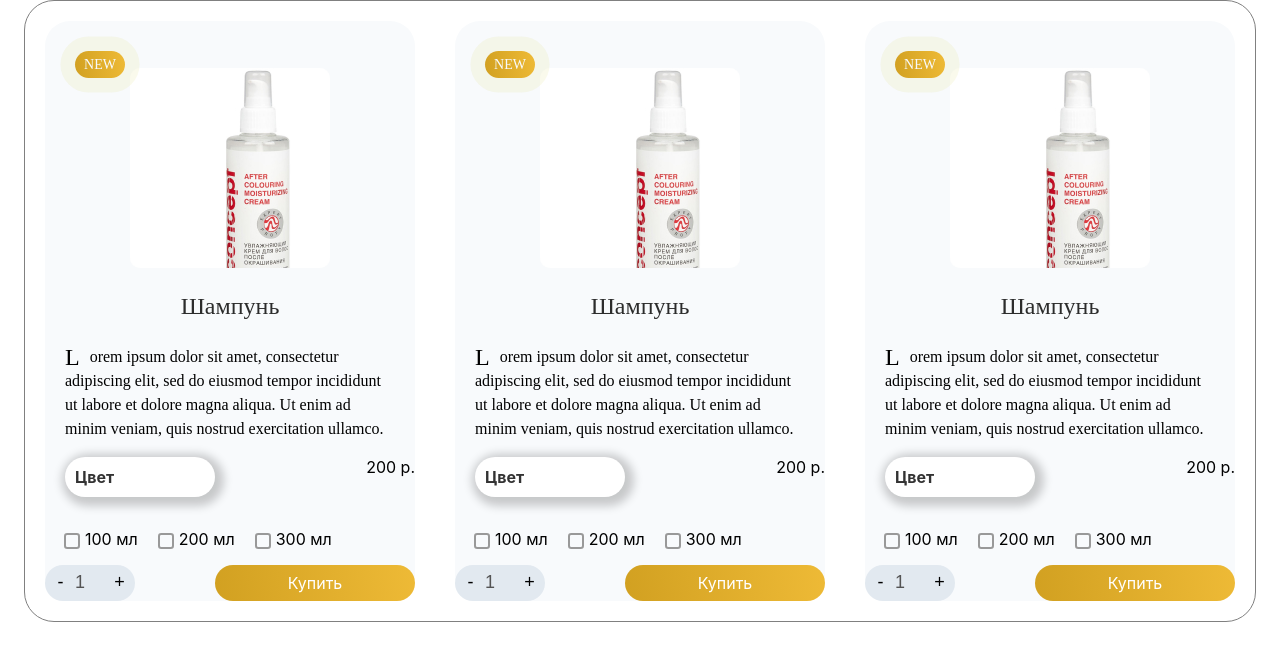
Repository: MiroslavWise/shamptu
Page: /
These files come from the project's save history. The page is drawn as it stood at one moment and after the next save; the edit follows.
The browser window is 1280 px wide. The pictures show the whole page.
The project was rebuilt for these pictures with package versions that can differ from the ones it lists, and the page was loaded fresh each time. Also part of the build but not shown: src/App.css.

Above is the page before, as saved 2022-02-17 17:30:25.

### public/index.html
<!DOCTYPE html>
<html lang="en">
  <head>
    <meta charset="utf-8" />
    <meta name="viewport" content="width=device-width, initial-scale=1" />
    <meta name="theme-color" content="#000000" />
    <meta
      name="description"
      content="Web site created using create-react-app"
    />
    <link rel="manifest" href="%PUBLIC_URL%/manifest.json" />

    <title>React App</title>
  </head>
  <body>
    <noscript>You need to enable JavaScript to run this app.</noscript>
    <div id="root"></div>
  </body>
</html>

### src/index.css
body {
  margin: 0;
  font-family: -apple-system, BlinkMacSystemFont, 'Segoe UI', 'Roboto', 'Oxygen',
    'Ubuntu', 'Cantarell', 'Fira Sans', 'Droid Sans', 'Helvetica Neue',
    sans-serif;
  -webkit-font-smoothing: antialiased;
  -moz-osx-font-smoothing: grayscale;
  display: flex;
  align-items: center;
  justify-content: center;
}

code {
  font-family: source-code-pro, Menlo, Monaco, Consolas, 'Courier New',
    monospace;
}

### src/App.js

import 'App.css';
import Items from 'components/Items';

function App() {
  return (
   <Items />
  );
}

export default App;

### src/components/Items.jsx
import jpg from 'picture/1.jpg'

import './style.css'
import SpamItem from './items/SpamItem'
const Items = () => {
    return (
        <div className="big__container">
            <SpamItem image={jpg}/>
            <SpamItem image={jpg}/>
            <SpamItem image={jpg}/>
        </div>
    )
}

export default Items

### src/components/style.css
.big__container {
    display: grid;
    grid-template-columns: repeat(3, 1fr);
    background: #FFFFFF;
    border-radius: 30px;
    border: 1px gray solid;
}

### src/components/items/SpamItem.jsx

import { useState, useEffect } from 'react'
import './style.css'
import DropDown from './DropDown'


const ShamItem = ({image}) => {
    const [selected, setSelected] = useState('Цвет')

    const [prise, setPrise] = useState(200)
    const [total, setTotal] = useState(1)
    const [volume, setVolume] = useState(100)

    useEffect(()=>{
        setPrise((volume*2)*total)
    }, [volume, total])
    console.log(prise)
    console.log(volume)
    return (
        <div className="container">
            <div className='container-flex'>
            <div className='new'>NEW</div>
            <div className='image-line'>
                <div className='image'>
                    <img src={image} alt='qwer'/>
                </div>
            </div>
            </div>
            <p className='text'>Шампунь</p>
            <p className='text_about'>Lorem ipsum dolor sit amet, consectetur adipiscing elit, sed do eiusmod tempor incididunt ut labore et dolore magna aliqua. Ut enim ad minim veniam, quis nostrud exercitation ullamco.</p>
            <div className='block-info'>
                <div className='col-pri'>
                    <DropDown selected={selected} setSelected={setSelected} />
                    <div className='prise'>{prise} р.</div>
                </div>
                <div className='volume'></div>
                <form>
                        <fieldset>
                                <input className='radio' type="radio" id="contactChoice1"
                                    name="contact" value={volume} onClick={()=> setVolume(100)}/>
                                <label for="contactChoice1">100 мл</label>
                                <input className='radio' type="radio" id="contactChoice2"
                                    name="contact" value={200} onClick={()=> setVolume(200)}/>
                                <label for="contactChoice2">200 мл</label>
                                <input className='radio' type="radio" id="contactChoice3"
                                    name="contact" value={300} onClick={()=> setVolume(300)}/>
                                <label for="contactChoice3">300 мл</label>
                        </fieldset>
                </form>
                <div className='footer'>
                    <div className='quantity'>
                    <div class="input-group quantity_goods">
                        <input type="button" value="-" id="button_minus" onClick={()=>{
                             if(total>1){
                             setTotal(total-1)}
                             }}/>
                        <input type="number" min={1} max={1000} id="num_count" name="quantity" value={total} title="Qty" disabled/>
                        <input type="button" value="+" id="button_plus" onClick={()=> setTotal(total+1)}/>
                    </div>
                    </div>
                    <div className='button'><button className='button-pay' onClick={()=>alert(
`Спасибо за покупку!
С вас ${prise} рублей!`)}>Купить</button></div>
                </div>
            </div>
        </div>

    )
}

export default ShamItem

### src/components/items/style.css

input::-webkit-outer-spin-button,
input::-webkit-inner-spin-button {
    /* display: none; <- Crashes Chrome on hover */
    -webkit-appearance: none;
    margin: 0; /* <-- Apparently some margin are still there even though it's hidden */
}

.new{
    position:relative;
    left: 30px;
    top: 30px;
    background: linear-gradient(261.65deg, #EFBB37 -3.95%, #CF9E1F 109.44%);
    box-shadow: 0px 0px 15px rgba(0, 0, 0, 0.1);
    border-radius: 30px;
    width: 40px;
    padding: 5px;
    color: #F8FAFC;
    font-family: 'SF UI';
    font-style: normal;
    font-weight: 500;
    font-size: 14px;
    line-height: 17px;
    text-align: center;
    animation: pulse 1000ms infinite;
    z-index: 999;
}

@keyframes pulse {
    0%{
        box-shadow: #c3c52b 0 0 0 0;
    }
    75%{
        box-shadow: #ff69b400 0 0 0 16px
    }
}

.container{
    width: 370px;
    margin: 20px;
    background: #F8FAFC;
    border-radius: 25px;
}

.image-line {
    width: 200px;
    height: 200px;
    background-color: rgba(255, 255, 255, 0.775);
    margin: 20px auto;
    border-radius: 10px;
    overflow: hidden;
}

.image {
    height: auto;
    width: auto;
    position: relative;
    transition: all .4s ease-in-out;
    object-fit: cover;
}

.image:hover {
    cursor: pointer;
    transform: scale(1.4)
}

.text{
    font-family: 'SF UI Display';
    font-size: 24px;
    font-style: normal;
    font-weight: 500;
    line-height: 29px;
    letter-spacing: 0em;
    text-align: center;
    color: #2C2C2C;
}

.text_about {
    font-family: 'SF UI Display';
    font-size: 16px;
    font-style: normal;
    font-weight: 400;
    line-height: 24px;
    letter-spacing: 0em;
    text-align: left;
    padding: 0 20px 0 20px;
}
.text_about::first-letter{
    font-size: 1.5rem;
    float: left;
    margin-right: 10px;
}

.block-info{
    display: flex;
    flex-direction: column;
}

.col-pri{
    display: flex;
}

input {
    width: 25px;

}

.quantity{
    background: #E2E9F0;
    border-radius: 30px;
    width: 90px;
}

.footer{
    display: flex;
    flex-direction: row;
    justify-content: space-between;
}

.col-pri{
    display: flex;
    flex-direction: row;
    justify-content: space-between;
}
.col-pri:first-child{
    margin-left: 20px;
}
.col-pri:last-child{
    margin-right: 50px;
}


.button-pay {
    z-index: 1;
    position: relative;
    font-size: inherit;
    font-family: inherit;
    color: white;
    padding: 0.5em 1em;
    outline: none;
    border: none;
    background: linear-gradient(261.65deg, #EFBB37 -3.95%, #CF9E1F 109.44%);
    overflow: hidden;
    transition: color 0.4s ease-in-out;
    width: 200px;
    border-radius: 100px;
  }

  .button-pay::before {
    content: '';
    z-index: -1;
    position: absolute;
    top: 50%;
    left: 50%;
    width: 1em;
    height: 1em;
    border-radius: 50%;
    background-color: #ffe23c;
    transform-origin: center;
    transform: translate3d(-50%, -50%, 0) scale3d(0, 0, 0);
    transition: transform 0.45s ease-in-out;
  }

  .button-pay:hover {
    cursor: pointer;
    color: #161616;
  }

  .button-pay:hover::before {
    transform: translate3d(-50%, -50%, 0) scale3d(15, 15, 15);
  }

.dropdown{
    width: 150px;
    margin: 0 0;
    position: relative;
    cursor: pointer;
    user-select: none;
    transition: all 1s;
}

.dropdown-btn{
    padding: 10px;
    background: #fff;
    box-shadow: 3px 3px 10px 6px rgba(0, 0, 0, 0.2);
    border-radius: 50px;
    font-weight: bold;
    color: #333;
    display: flex;
    align-items: center;
    justify-content: space-between;
    margin-bottom: 20px;
    cursor: pointer;
    transition: 1s;
}

.dropdown-content{
    position: absolute;
    top: 40%;
    width: 80%;
    padding: 10px;
    background-color: rgba(255, 255, 255, 0);
    font-weight: 500;
    color: #333;
    left: 0;
    cursor: pointer;
    transition: 1s;
}

.dropdown-item{
    padding: 5px;
    transition: all 0.2s;
    border-radius: 50px;
    transition: 1s;
}
.dropdown-item:hover{
    background-color: #cacacaad;
    transition: 1s;
}

.volume:first-of-type{
    display: flex;
    align-items: flex-start;
    margin-bottom: 5px;
}

label {
    margin-right: 15px;
    line-height: 32px;
  }

  .radio {
    -webkit-appearance: none;
    -moz-appearance: none;
    appearance: none;

    border-radius: 20%;
    width: 16px;
    height: 16px;

    border: 2px solid #999;
    transition: 0.2s all linear;
    outline: none;
    margin-right: 5px;

    position: relative;
    top: 4px;
  }

  .radio:checked {
    border: 6px solid rgb(211, 129, 7);
  }

  button,
  legend {
    color: white;
    background-color: rgb(186, 13, 13);
    padding: 5px 10px;
    border-radius: 0;
    border: 0;
    font-size: 14px;
  }

  button:hover,
  button:focus {
    color: #999;
  }

  button:active {
    background-color: white;
    color: rgb(206, 118, 4);
    outline: 1px solid black;
  }

  fieldset{
      border: none;
  }

  .input-group {
      align-items: center;
      justify-content: center;
  }
  .quantity{
      display: flex;
      align-items: center;
      justify-content: center;
  }

  input{
      height: 25px;
      background: rgba(0, 0, 0, 0);
      border: none;
      position: relative;
      font-size: large;
  }
  #num_count{
      width: 30px;
  }

### src/components/items/DropDown.jsx
import './style.css'
import { useState } from 'react'

const DropDown = ({selected, setSelected}) => {
    const [isActive, setIsActive] = useState(false)
    const option = ['Красный', "Синий", "Зелёный"]
    return (
        <div className="dropdown">
            <div className="dropdown-btn" onMouseOver={()=> setIsActive(!isActive)}>{selected}</div>
                            {
                            isActive
                            &&
                            ( <din className='dropdown-content'>
                                {option.map((item, i)=>{
                                    return(
                                        <div onClick={() => {
                                            setSelected(item)
                                            setIsActive(false)
                                        }
                                        } key={i} className="dropdown-item">
                                        {item}
                                        </div>
                                    )
                                })}
                        </din>)}

        </div>
    )
}

export default DropDown

Loaded but not shown: src/index.js (common file); src/reportWebVitals.js (common file)

After the next save:
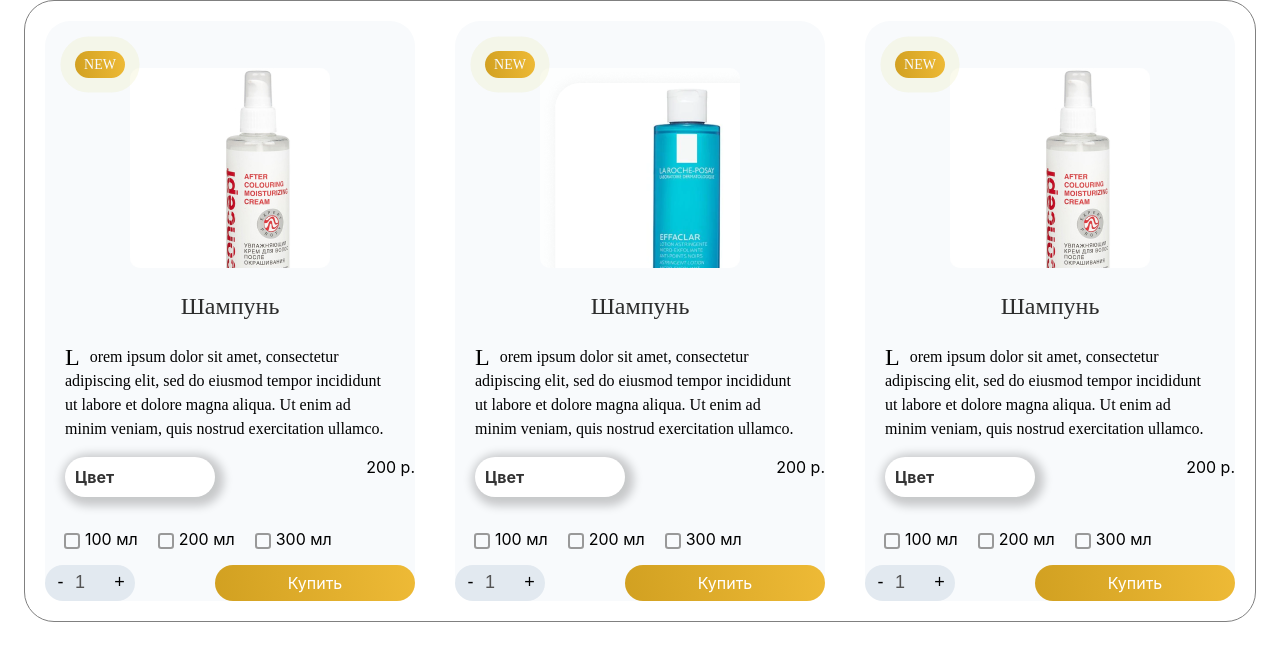
Saved 111 s later.
--- a/src/components/Items.jsx
+++ b/src/components/Items.jsx
@@ -1,4 +1,5 @@
 import jpg from 'picture/1.jpg'
+import png2 from 'picture/2.png'
 
 import './style.css'
 import SpamItem from './items/SpamItem'
@@ -6,7 +7,7 @@
     return (
         <div className="big__container">
             <SpamItem image={jpg}/>
-            <SpamItem image={jpg}/>
+            <SpamItem image={png2}/>
             <SpamItem image={jpg}/>
         </div>
     )
